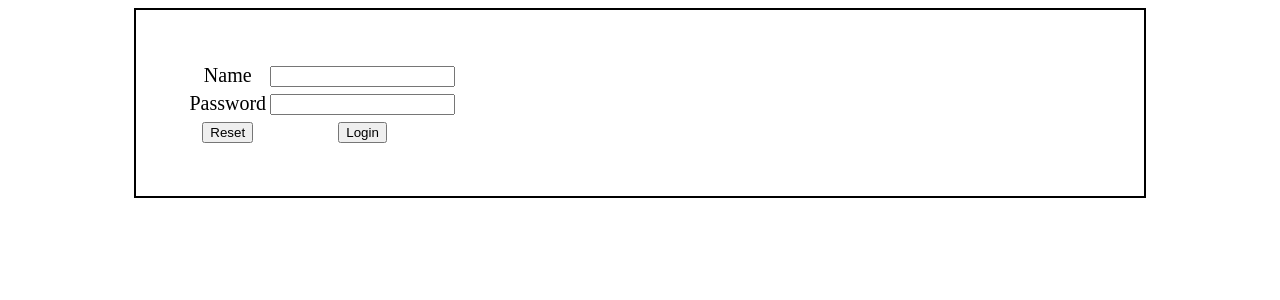
Repository: jks2127/SMS-webApp
Page: sms 1.2/WebContent/index.html
These files come from the project's save history. The page is drawn as it stood at one moment and after the next save; the edit follows.
The browser window is 1280 px wide. The pictures show the whole page.

Above is the page before, as saved 2021-06-11 12:01:13.

### sms 1.2/WebContent/index.html
<!DOCTYPE html>
<html>
<head>
	<meta charset="ISO-8859-1">
	<title>Student Management System</title>

	<style>
		.container{
		margin-left:10%;
		margin-right:10%;
		border:2px solid black;
		padding:50px;
		}

		#body form{
		font-size:20px;
		text-align: center;
		}
	</style>
</head>

<body id="body">
<div class="container">
	<form action="Login" method="POST">
		<table>
			<tr>
				<td> Name </td>
				<td><input type="text" name="user_name"></td>
			</tr>
			<tr>
				<td>Password</td>
				<td><input type="password" name="user_pswd"></td>
			</tr>
			<tr>
				<td><button type="reset">Reset</button></td>
				<td><button type="submit">Login</button></td>
			</tr>
		</table>

	</form>
</div>
</body>
</html>

After the next save:
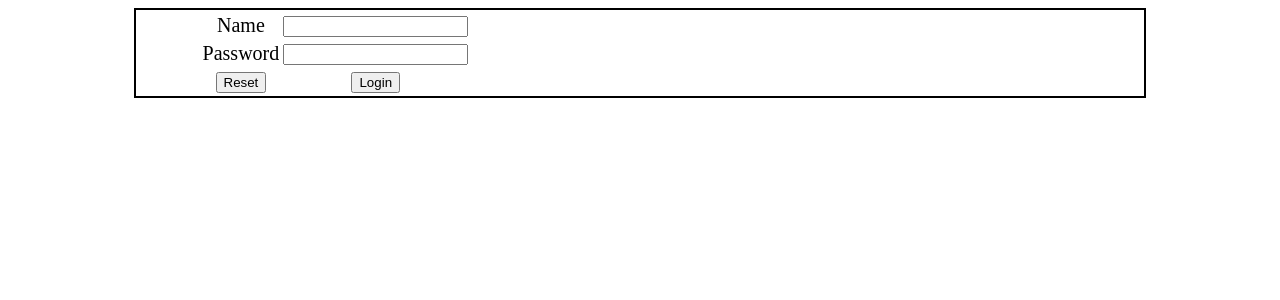
Saved 39 s later.
--- a/sms 1.2/WebContent/index.html
+++ b/sms 1.2/WebContent/index.html
@@ -9,7 +9,8 @@
 		margin-left:10%;
 		margin-right:10%;
 		border:2px solid black;
-		padding:50px;
+		padding-left:5%;
+		padding-right:5%;
 		}
 
 		#body form{
